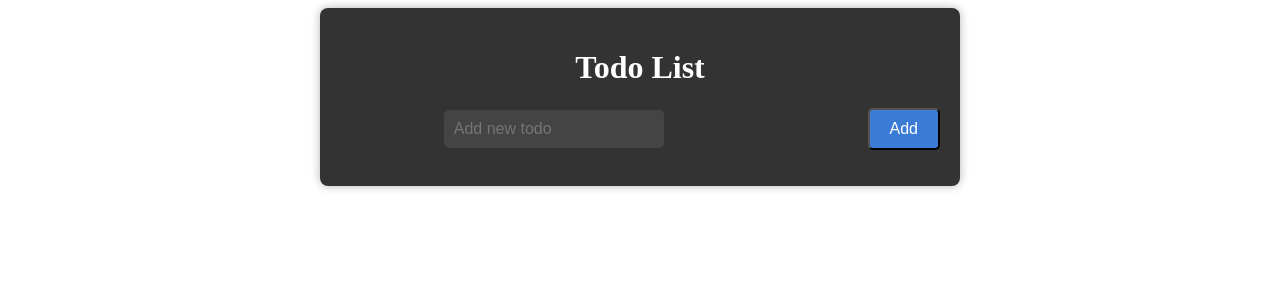
Repository: Tobby004/Todo-assignment
Page: / (app in todo-list-app/)
An editor plug-in stored every save of this project. The page is shown before and after the next save, followed by the edit.
The browser window is 1280 px wide. The pictures show the whole page.
The project was rebuilt for these pictures with package versions that can differ from the ones it lists, and the page was loaded fresh each time. Also part of the build but not shown: todo-list-app/vue.config.js.

Above is the page before, as saved 2023-12-06 16:49:43.

After the next save:
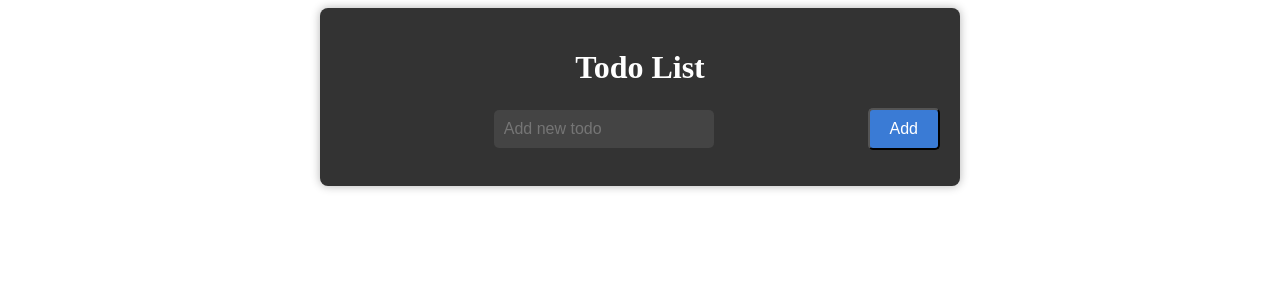
Saved 11 s later.
--- a/todo-list-app/src/App.vue
+++ b/todo-list-app/src/App.vue
@@ -94,7 +94,7 @@ h1 {
 
 .add-button {
   padding: 10px 20px;
-  margin-left: 100px;
+  margin-left: 0px;
   border-radius: 5px;
   cursor: pointer;
   font-size: 16px;
